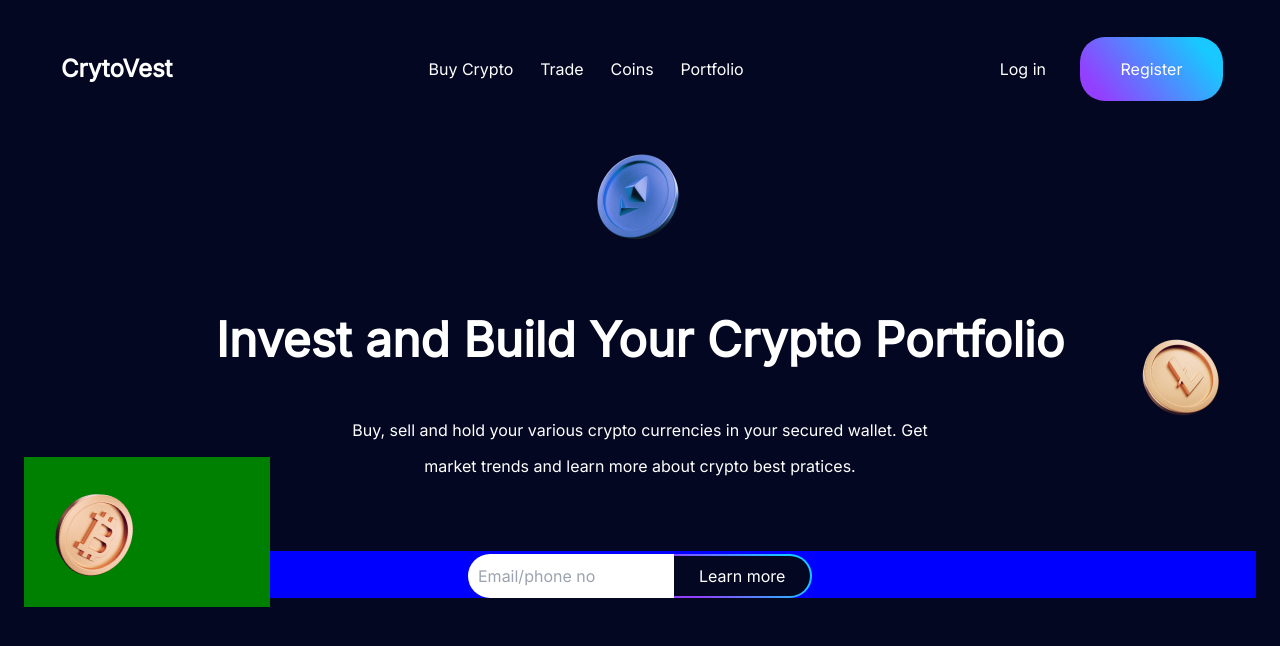
Repository: Eugene44-hub/cryptovest
Page: /
An editor plug-in stored every save of this project. The page is shown before and after the next save, followed by the edit.
The browser window is 1280 px wide. The pictures show the whole page.
The project was rebuilt for these pictures with package versions that can differ from the ones it lists, and the page was loaded fresh each time. Also part of the build but not shown: vite.config.ts.

Above is the page before, as saved 2022-07-15 23:40:15.

After the next save:
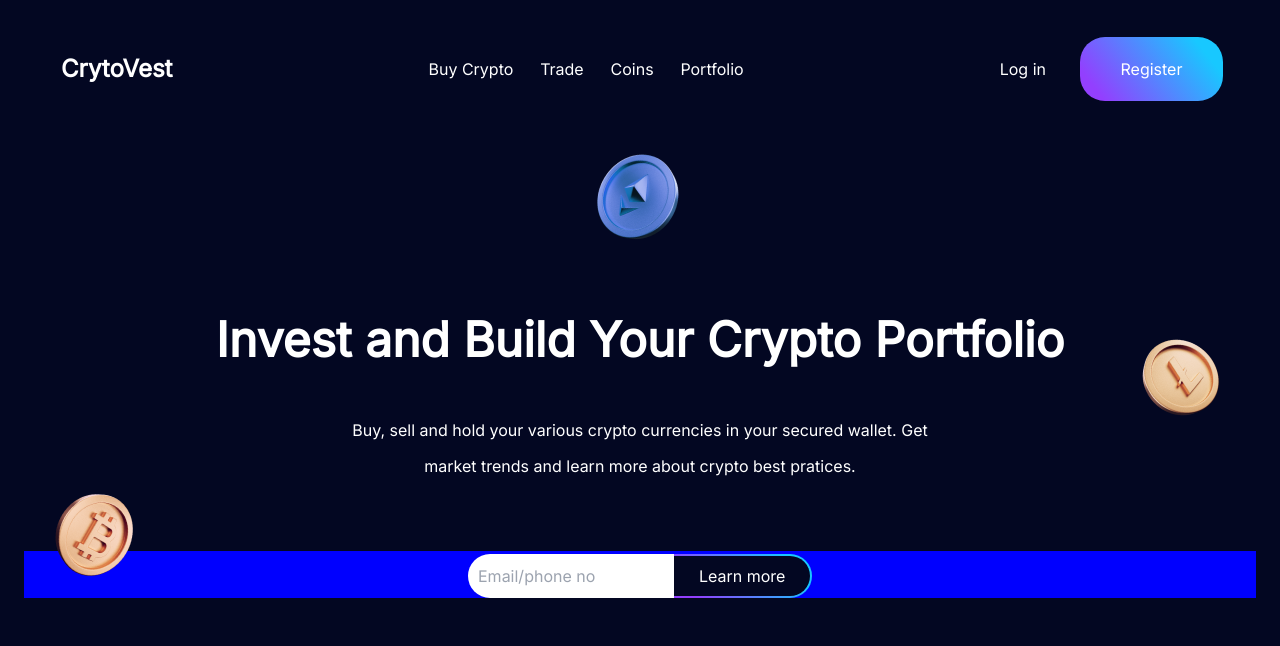
Saved 12 s later.
--- a/src/components/hero/Hero.tsx
+++ b/src/components/hero/Hero.tsx
@@ -31,7 +31,7 @@
               </button>
             </div>
           </div>
-          <figure className='w-[20%] left-0 bg-[green] top-[-200%] md:absolute'>
+          <figure className='w-[20%] left-0 top-[-200%] md:absolute'>
             <img src={bitcoin} className="mt-[8px]" alt="bitcoin" />
           </figure>
           </div>
